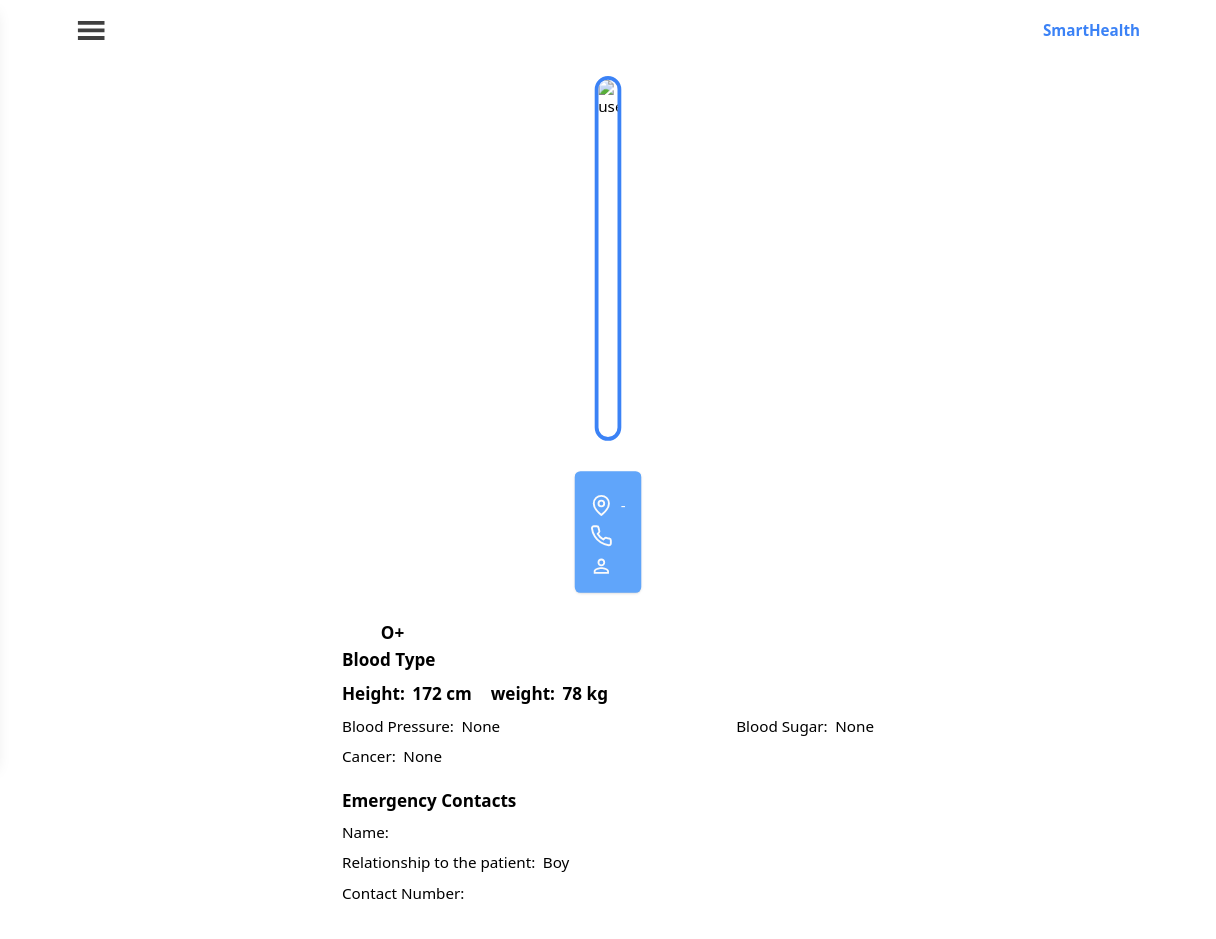
Repository: Sanaa00/HI-user
Page: /home
The author's editor kept a copy of each file at every save. The page is drawn from the files as they stood at one save, then again after the next save.
The browser window is 1280 px wide. The pictures show the whole page, at 95% of full size.
The page's requests for data from a server got no answer. The project was rebuilt for these pictures with package versions that can differ from the ones it lists, and the page was loaded fresh each time. No one was signed in, and anything a server would have sent is missing. Also part of the build but not shown: vite.config.js, src/App.css, src/Components/Pagination.jsx, src/Pages/Prescription.jsx, src/Components/modalComponent.jsx, src/Pages/Laboratory.jsx, src/Pages/Radiographic.jsx, src/Components/InputField.jsx and 2 more.

Above is the page before, as saved 2024-01-12 21:03:51.

### src/main.jsx
import React from 'react';
import ReactDOM from 'react-dom/client';
import App from './App.jsx';
import './index.css';
import Modal from 'react-modal';
import { BrowserRouter } from 'react-router-dom';
Modal.setAppElement('#root');
ReactDOM.createRoot(document.getElementById('root')).render(
  <React.StrictMode>
    <BrowserRouter>
      {/* <Provider store={store}> */}
      <App />
      {/* </Provider>{' '} */}
    </BrowserRouter>
  </React.StrictMode>,
);

### src/App.jsx
import { Route, Routes } from 'react-router-dom';
import './App.css';
import Home from './Pages/Home';
// import Test from './Pages/Test';
import Navbar from './Components/Navbar';
import Prescription from './Pages/Prescription';
import Laboratory from './Pages/Laboratory';
import Radiographic from './Pages/Radiographic';
import ModalComponent from './Components/modalComponent';
import Login from './Pages/Login';
import SignUp from './Pages/SignUp';

function App() {
  return (
    <>
      <Navbar />
      <Routes>
        <Route path="/home" element={<Home />} />
        <Route path="/laboratory" element={<Laboratory />}>
          <Route path=":id" element={<ModalComponent />} />
        </Route>
        <Route path="/Radiographic" element={<Radiographic />} />
        <Route path="/Prescription" element={<Prescription />} />
        <Route path="/" element={<Login />} />
        <Route path="/signup" element={<SignUp />} />
        {/* <Route path="products" element={<Products />} />
          <Route path="setting" element={<Setting />} />
          <Route path="hide" element={<HideProducts />} /> */}
        {/* </Route> */}
      </Routes>
    </>
  );
}

export default App;

### src/Pages/Home.jsx
import { useEffect, useState } from 'react';
import { supabase } from '../supabaseClient';
import { FaLocationDot, FaPhone } from 'react-icons/fa6';
import { LuPhone } from 'react-icons/lu';
import { MdPermIdentity } from 'react-icons/md';
import { CiPhone } from 'react-icons/ci';
import { GrLocation } from 'react-icons/gr';
function Home() {
  const [data, setData] = useState([]);

  useEffect(() => {
    const fetchData = async () => {
      const { data, error } = await supabase
        .from('personInformation')
        .select('*')
        .eq('id', 34567890)
        .single();
      console.log('first', data);
      if (error) console.log('Error', error);
      else setData(data);
    };

    fetchData();
  }, []);
  return (
    <div className="mt-16 min-h-screen p-4 sm:px-10 md:px-20  flex flex-col lg:items-center">
      <div className="flex justify-center items-center">
        {console.log(data)}{' '}
        <img
          className="object-cover rounded-full w-72 border-4 border-blue-500 h-72 lg:w-1/2 lg:h-96 "
          src={data.userImage}
          alt="user"
        />
      </div>
      {/* <div className="mt-5 text-center font-bold text-lg lg:w-1/2">
        Personal Information
      </div> */}
      <div className="mt-3 lg:w-1/2 flex justify-center items-center">
        {/* <span>Name:</span> */}
        <span className="ml-2 font-semibold">{data.fullName}</span>
      </div>{' '}
      {/* <div className="mt-2 flex justify-between items-center lg:w-1/2"> */}
      {/* <span>
          {' '}
          <span>DOB:</span>
          <span className="ml-2">{data.dateOfBirth}</span>
        </span>{' '}
        <span>
          {' '}
          <span>Gender:</span>
          <span className="ml-2">{data.gender}</span>
        </span> */}
      {/* </div>{' '} */}
      <div className="mt-5 bg-blue-400 text-neutral-50 rounded-md p-4 shadow ">
        {' '}
        <div className="mt-2 flex justify-between items-center lg:w-1/2">
          <span className="flex items-center flex-row">
            {' '}
            <span>
              <GrLocation className="w-6 h-6" />
            </span>
            <span className="ml-2">
              {data.city}-{data.address}
            </span>
          </span>
        </div>
        {/* ****************** */}
        <div className="mt-2 flex justify-between items-center lg:w-1/2">
          <span className="flex items-center">
            {' '}
            <span>
              <LuPhone className="w-6 h-6" />
            </span>
            <span className="ml-2">{data.contactNumber}</span>
          </span>{' '}
        </div>{' '}
        <div className="mt-2 flex justify-between items-center lg:w-1/2">
          <span className="flex items-center">
            {' '}
            <span>
              <MdPermIdentity className="w-6 h-6" />
            </span>
            <span className="ml-2">{data.id}</span>
          </span>{' '}
        </div>
      </div>
      {/* **********vital information*********** */}
      <div className="mt-5 font-bold text-lg lg:w-1/2">
        {' '}
        <div className="mt-2 flex justify-between items-center lg:w-1/2">
          <span className="flex flex-col items-center">
            {' '}
            <span className="ml-2">O+</span>
            <span>Blood Type</span>
          </span>{' '}
        </div>{' '}
        <div className="mt-2 flex justify-between items-center lg:w-1/2">
          <span>
            {' '}
            <span>Height:</span>
            <span className="ml-2">172 cm</span>
          </span>{' '}
          <span>
            {' '}
            <span>weight:</span>
            <span className="ml-2">78 kg</span>
          </span>{' '}
        </div>{' '}
      </div>
      {/* <div className="mt-2 flex justify-between items-center lg:w-1/2">
        <span>
          {' '}
          <span>Blood Type:</span>
          <span className="ml-2">O+</span>
        </span>{' '}
      </div>{' '}
      <div className="mt-2 flex justify-between items-center lg:w-1/2">
        <span>
          {' '}
          <span>Height:</span>
          <span className="ml-2">172 cm</span>
        </span>{' '}
        <span>
          {' '}
          <span>weight:</span>
          <span className="ml-2">78 kg</span>
        </span>{' '}
      </div>{' '} */}
      <div className="mt-2 flex justify-between items-center lg:w-1/2">
        <span>
          {' '}
          <span>Blood Pressure:</span>
          <span className="ml-2">None</span>
        </span>{' '}
        <span>
          {' '}
          <span>Blood Sugar:</span>
          <span className="ml-2">None</span>
        </span>{' '}
      </div>{' '}
      <div className="mt-2 flex justify-between items-center lg:w-1/2">
        <span>
          {' '}
          <span>Cancer:</span>
          <span className="ml-2">None</span>
        </span>{' '}
      </div>{' '}
      {/* ***************Emergency Contacts********** */}
      <div className="mt-5 font-bold text-lg lg:w-1/2">Emergency Contacts</div>
      <div className="mt-2 flex justify-between items-center lg:w-1/2">
        <span>
          {' '}
          <span>Name:</span>
          <span className="ml-2">{data.emergencyContactName}</span>
        </span>{' '}
      </div>{' '}
      <div className="mt-2 flex justify-between items-center lg:w-1/2">
        <span>
          {' '}
          <span>Relationship to the patient:</span>
          <span className="ml-2">Boy</span>
        </span>{' '}
      </div>{' '}
      <div className="mt-2 mb-5 flex justify-between items-center lg:w-1/2">
        <span>
          {' '}
          <span>Contact Number:</span>
          <span className="ml-2">{data.emergencyContactNumber}</span>
        </span>{' '}
      </div>
    </div>
  );
}

export default Home;

### src/Components/Navbar.jsx
import { useState } from 'react';
import { Link, NavLink } from 'react-router-dom';
import { GiHamburgerMenu } from 'react-icons/gi';
import { IoCloseSharp } from 'react-icons/io5';
function Navbar() {
  const [open, setOpen] = useState(false);
  return (
    <div className="flex text-neutral-700 top-0 z-50 fixed px-4 sm:px-10 md:px-20 justify-between items-center bg-white h-16 w-full">
      <div
        className={` flex justify-between hover:bg-opacity-80 duration-500 hover:duration-500 items-center w-full h-full text-lg font-bold`}
      >
        <button onClick={() => setOpen(!open)} className="">
          <GiHamburgerMenu className="w-8 h-8" />
        </button>{' '}
        <div
          className={` bg-white rounded-sm  flex flex-col fixed w-4/5 lg:w-96 top-0 z-40 left-0 shadow-lg transform duration-500 ease-in-out ${
            open ? 'translate-x-0' : '-translate-x-full'
          }`}
        >
          <button
            onClick={() => setOpen(!open)}
            className="mt-3 mb-2 left-0 px-3 flex h-16"
          >
            <IoCloseSharp className="w-9 h-9" />
          </button>

          <div className="w-full h-screen flex flex-col text-orange p-4">
            <Link to="/home" onClick={() => setOpen(!open)} className="pb-3">
              Person Information
            </Link>
            <Link
              to="/Radiographic"
              onClick={() => setOpen(!open)}
              className="py-3"
            >
              Radiographic examination
            </Link>
            <Link
              to="/laboratory"
              onClick={() => setOpen(!open)}
              className="py-3"
            >
              Laboratory examination
            </Link>
            <Link
              to="/Prescription"
              onClick={() => setOpen(!open)}
              className="py-3"
            >
              Prescription
            </Link>
          </div>
        </div>
      </div>
      <NavLink to="/home" className="ml-2 font-bold text-blue-500">
        SmartHealth
      </NavLink>
    </div>
  );
}

export default Navbar;

### src/supabaseClient.js
import { createClient } from '@supabase/supabase-js';

const supabaseUrl =
    import.meta.env.VITE_REACT_APP_SUPABASE_URL;
const supabaseAnonKey =
    import.meta.env.VITE_REACT_APP_SUPABASE_ANON_KEY;

export const supabase = createClient(supabaseUrl, supabaseAnonKey);

Loaded but not shown: index.html (common file); src/index.css (common file); tailwind.config.js (common file)

After the next save:
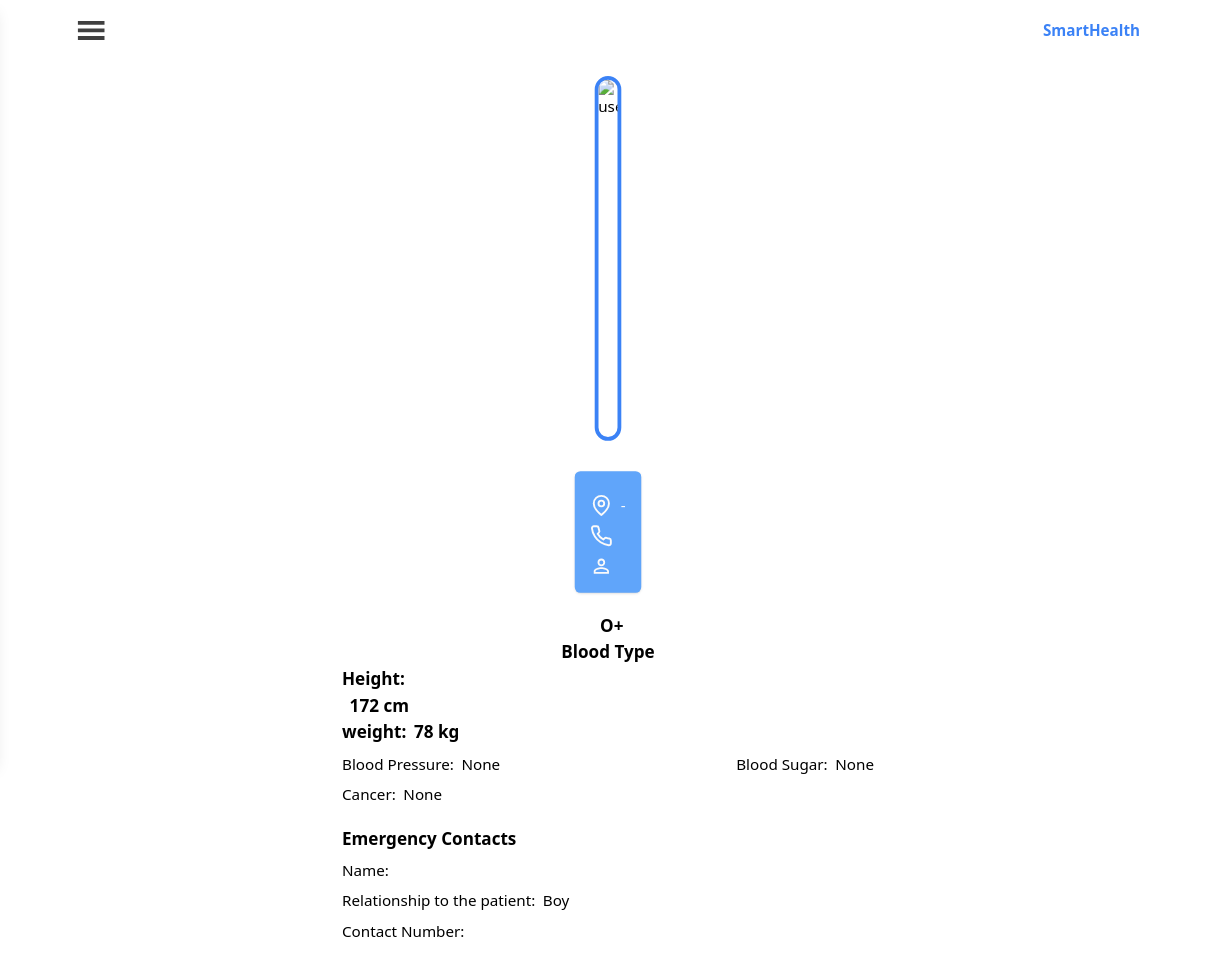
Saved 43 s later.
--- a/src/Pages/Home.jsx
+++ b/src/Pages/Home.jsx
@@ -87,26 +87,26 @@ function Home() {
       {/* **********vital information*********** */}
       <div className="mt-5 font-bold text-lg lg:w-1/2">
         {' '}
-        <div className="mt-2 flex justify-between items-center lg:w-1/2">
-          <span className="flex flex-col items-center">
-            {' '}
-            <span className="ml-2">O+</span>
-            <span>Blood Type</span>
-          </span>{' '}
-        </div>{' '}
-        <div className="mt-2 flex justify-between items-center lg:w-1/2">
-          <span>
-            {' '}
-            <span>Height:</span>
-            <span className="ml-2">172 cm</span>
-          </span>{' '}
-          <span>
-            {' '}
-            <span>weight:</span>
-            <span className="ml-2">78 kg</span>
-          </span>{' '}
-        </div>{' '}
-      </div>
+        {/* <div className="mt-2 flex justify-between items-center lg:w-1/2"> */}
+        <span className="flex flex-col items-center">
+          {' '}
+          <span className="ml-2">O+</span>
+          <span>Blood Type</span>
+        </span>{' '}
+        {/* </div>{' '} */}
+        {/* <div className="mt-2 flex justify-between items-center lg:w-1/2"> */}
+        <span className="flex flex-col">
+          {' '}
+          <span>Height:</span>
+          <span className="ml-2">172 cm</span>
+        </span>{' '}
+        <span>
+          {' '}
+          <span>weight:</span>
+          <span className="ml-2">78 kg</span>
+        </span>{' '}
+      </div>{' '}
+      {/* </div> */}
       {/* <div className="mt-2 flex justify-between items-center lg:w-1/2">
         <span>
           {' '}
